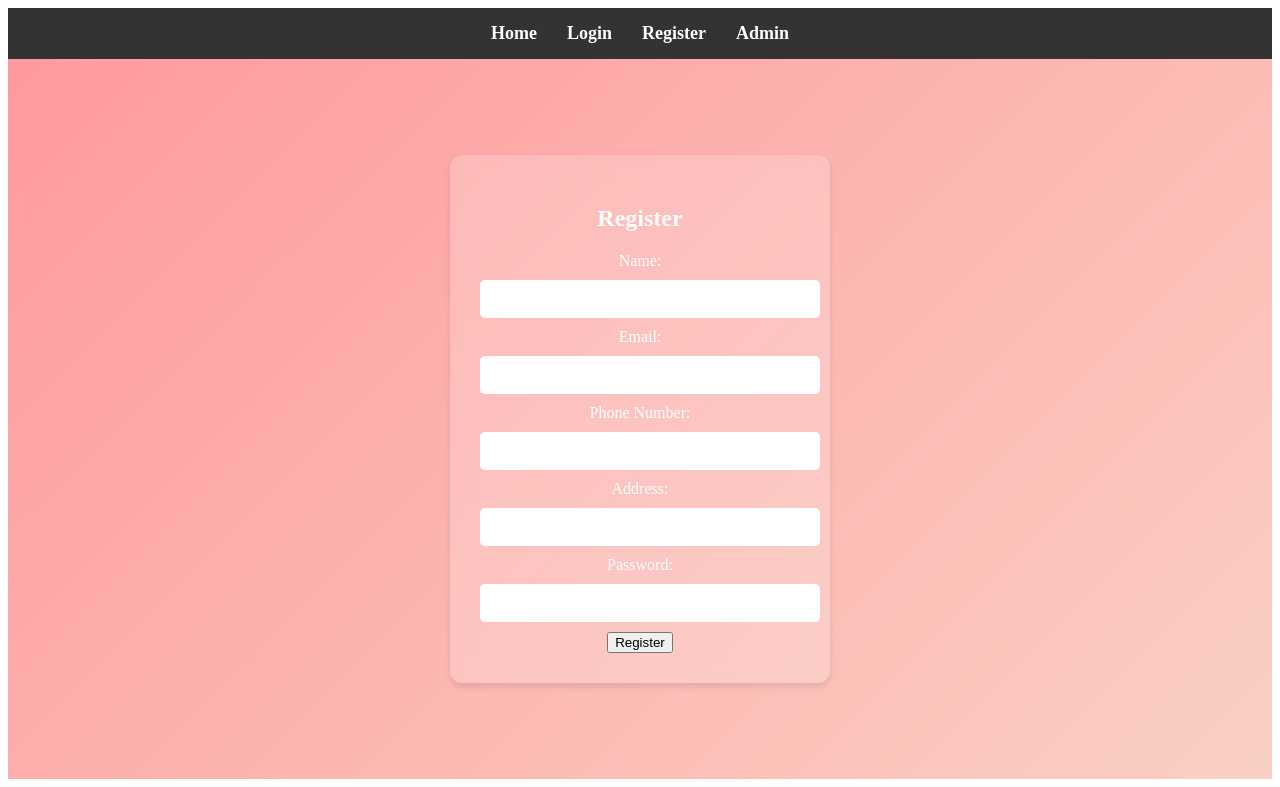
Repository: AhmedIbu/angular-login-app
Page: /register (app in angular-login-app/)
The author's editor kept a copy of each file at every save. The page is drawn from the files as they stood at one save, then again after a run of saves.
The browser window is 1280 px wide. The pictures show the whole page.
The project was rebuilt for these pictures with package versions that can differ from the ones it lists, and the page was loaded fresh each time. Also part of the build but not shown: angular-login-app/angular.json, angular-login-app/src/app/home/home.component.ts, angular-login-app/src/app/login/login.component.ts, angular-login-app/src/app/services/auth.service.ts, angular-login-app/src/app/admin-dashboard/admin-dashboard.component.ts, angular-login-app/src/app/admin-login/admin-login.component.ts, angular-login-app/src/app/user-dashboard/user-dashboard.component.ts.

Above is the page before, as saved 2025-02-21 11:17:06.

### angular-login-app/src/index.html
<!doctype html>
<html lang="en">
<head>
  <meta charset="utf-8">
  <title>AngularLoginApp</title>
  <base href="/">
  <meta name="viewport" content="width=device-width, initial-scale=1">
  <link rel="icon" type="image/x-icon" href="favicon.ico">
</head>
<body>
  <app-root></app-root>
</body>
</html>

### angular-login-app/src/styles.css
/*  app components css   */

/* Style the navigation bar */
.navbar {
  background: #333;
  padding: 15px;
  text-align: center;
}

/* Style the list */
.nav-list {
  list-style: none;
  padding: 0;
  margin: 0;
  display: flex;
  justify-content: center;
}

/* Style the navigation links */
.nav-list li {
  margin: 0 15px;
}

.nav-link {
  text-decoration: none;
  color: white;
  font-size: 18px;
  font-weight: bold;
  transition: color 0.3s ease-in-out;
}

/* Hover effect */
.nav-link:hover {
  color: #00c8ff;
}

/* Responsive design */
@media (max-width: 600px) {
  .nav-list {
    flex-direction: column;
  }

  .nav-list li {
    margin-bottom: 10px;
  }
}

### angular-login-app/src/main.ts
import { bootstrapApplication } from '@angular/platform-browser';
import { appConfig } from './app/app.config';
import { AppComponent } from './app/app.component';
import { provideHttpClient } from '@angular/common/http';

bootstrapApplication(AppComponent, {
  ...appConfig, // ✅ Spread existing config
  providers: [
    ...appConfig.providers, // ✅ Keep existing providers
    provideHttpClient() // ✅ Ensure HTTP client is provided
  ]
}).catch(err => console.error(err));

### angular-login-app/src/app/app.config.ts
import { ApplicationConfig } from '@angular/core';
import { provideRouter, Routes } from '@angular/router';
import { provideHttpClient } from '@angular/common/http';

// ✅ Import standalone components
import { HomeComponent } from './home/home.component';
import { LoginComponent } from './login/login.component';
import { RegisterComponent } from './register/register.component';
import { AdminDashboardComponent } from './admin-dashboard/admin-dashboard.component';
import { AdminLoginComponent } from './admin-login/admin-login.component';
import { UserDashboardComponent } from './user-dashboard/user-dashboard.component';

// ✅ Define routes
const routes: Routes = [
  { path: '', component: HomeComponent}, // Default route
  { path: 'login', component: LoginComponent },
  { path: 'register', component: RegisterComponent },
  { path: 'admin-login', component: AdminLoginComponent },
  { path: 'user-dashboard', component: UserDashboardComponent },
  { path: 'admin-dashboard', component: AdminDashboardComponent },
  { path: '**', redirectTo: 'user-dashboard' } // Catch-all for unknown routes
];

export const appConfig: ApplicationConfig = {
  providers: [
    provideRouter(routes),
    provideHttpClient()
  ]
};

### angular-login-app/src/app/app.component.ts
import { Component } from '@angular/core';
import { RouterModule } from '@angular/router';

@Component({
  selector: 'app-root',
  standalone: true,
  imports: [RouterModule],
  templateUrl: './app.component.html',
  styleUrls: ['./app.component.css','../styles.css']
})
export class AppComponent { }

### angular-login-app/src/app/register/register.component.ts
import { CommonModule } from '@angular/common';
import { Component } from '@angular/core';
import { FormsModule } from '@angular/forms';
import { UserService } from '../services/user.service';

@Component({
  selector: 'app-register',
  standalone: true,
  imports: [CommonModule, FormsModule],
  templateUrl: './register.component.html',
  styleUrls: ['./register.component.css']
})
export class RegisterComponent {
  user = { name: '', email: '', phone: '', address: '', password: '' };
  errorMessage = '';
  successMessage = '';
  loading = false; // ✅ Added loading state

  constructor(private userService: UserService) {}

  registerUser() {
    // ✅ Prevent duplicate submissions
    if (this.loading) return;

    // ✅ Validate form fields
    if (!this.validateForm()) {
      this.errorMessage = "All fields are required";
      return;
    }

    // ✅ Show loading state
    this.loading = true;
    this.errorMessage = '';
    this.successMessage = '';

    console.log('📤 Sending Data:', this.user); // Debugging

    this.userService.registerUser(this.user).subscribe({
      next: (response: any) => {
        console.log('✅ Registration successful:', response);
        this.successMessage = response.message || 'User Registered Successfully!';
        alert(this.successMessage);
        this.resetForm();
      },
      error: (error) => {
        console.error('❌ Registration failed:', error);
        this.errorMessage = error.error?.message || 'Registration failed. Try again.';
        alert(this.errorMessage);
      },
      complete: () => {
        this.loading = false; // ✅ Re-enable form after request completes
      }
    });
  }

  private validateForm(): boolean {
    return Object.values(this.user).every(value => value.trim() !== '');
  }

  private resetForm() {
    this.user = { name: '', email: '', phone: '', address: '', password: '' };
    this.errorMessage = '';
    this.successMessage = '';
  }
}

### angular-login-app/src/app/app.component.html
<nav class="navbar">
  <ul class="nav-list">
    <li><a routerLink="/" class="nav-link">Home</a></li>
    <li><a routerLink="/login" class="nav-link">Login</a></li>
    <li><a routerLink="/register" class="nav-link">Register</a></li>
    <li><a routerLink="/admin-login" class="nav-link">Admin</a></li>
  </ul>
</nav>

<router-outlet></router-outlet>

### angular-login-app/src/app/register/register.component.html
<div class="register-container">
  <div class="register-box">
<h2>Register</h2>
<form (ngSubmit)="registerUser()">
  <label>Name:</label>
  <input type="text" [(ngModel)]="user.name" name="name" required>

  <label>Email:</label>
  <input type="email" [(ngModel)]="user.email" name="email" required>

  <label>Phone Number:</label>
  <input type="text" id="phone" [(ngModel)]="user.phone" name="phone" required>

  <label for="address">Address:</label>
  <input type="text" id="address" [(ngModel)]="user.address" name="address" required>

  <label>Password:</label>
  <input type="password" [(ngModel)]="user.password" name="password" required>

  <button type="submit">Register</button>

  <p *ngIf="errorMessage" style="color: red;">{{ errorMessage }}</p>
</form>
</div>
</div>

### angular-login-app/src/app/register/register.component.css
/* Centering the register form */
.register-container {
    display: flex;
    justify-content: center;
    align-items: center;
    height: 100vh;
    background: linear-gradient(135deg, #ff9a9e, #fad0c4);
  }

  /* Glassmorphism effect for the form */
  .register-box {
    background: rgba(255, 255, 255, 0.2);
    backdrop-filter: blur(10px);
    border-radius: 12px;
    padding: 30px;
    box-shadow: 0 4px 6px rgba(0, 0, 0, 0.1);
    width: 320px;
    text-align: center;
    color: #fff;
  }

  /* Styling form elements */
  .register-box h2 {
    margin-bottom: 20px;
    font-size: 24px;
    font-weight: bold;
  }

  .register-box input {
    width: 100%;
    padding: 10px;
    margin: 10px 0;
    border: none;
    border-radius: 5px;
    font-size: 16px;
  }

  /* Register button styles */
  .register-btn {
    background: #ff758c;
    color: white;
    border: none;
    padding: 10px;
    font-size: 18px;
    width: 100%;
    border-radius: 5px;
    cursor: pointer;
    transition: 0.3s;
  }

  .register-btn:hover {
    background: #ff5277;
    transform: scale(1.05);
  }

  /* Style for the "Already have an account?" text */
  .register-box p {
    margin-top: 10px;
    font-size: 14px;
  }

  .register-box a {
    color: #fff;
    text-decoration: underline;
    transition: 0.3s;
  }

  .register-box a:hover {
    color: #ff5277;
  }

### angular-login-app/src/app/services/user.service.ts
import { Injectable } from '@angular/core';
import { HttpClient , HttpHeaders} from '@angular/common/http';
import { Observable } from 'rxjs';

@Injectable({
  providedIn: 'root'
})
export class UserService {
  private apiUrl = 'http://127.0.0.1:5000/get-users'; // Flask backend base URL

  constructor(private http: HttpClient) {}

  registerUser(userData: any) {
    return this.http.post('http://127.0.0.1:5000/register', userData, {
      headers: { 'Content-Type': 'application/json' }
    });
  }

  loginUser(credentials: any): Observable<any> {
    return this.http.post(`${this.apiUrl}/login`, credentials);
  }

  getUsers(): Observable<any> {
    const token = localStorage.getItem('token');
    const headers = new HttpHeaders({ 'Authorization': `Bearer ${token}` });

    return this.http.get<any>(this.apiUrl, { headers });
  }


  addUser(userData: any): Observable<any> {
    return this.http.post(`${this.apiUrl}/add-user`, userData);
  }
}

Loaded but not shown: angular-login-app/src/app/app.component.css (no stored copy; drawn as an empty file)

After the next 5 saves:
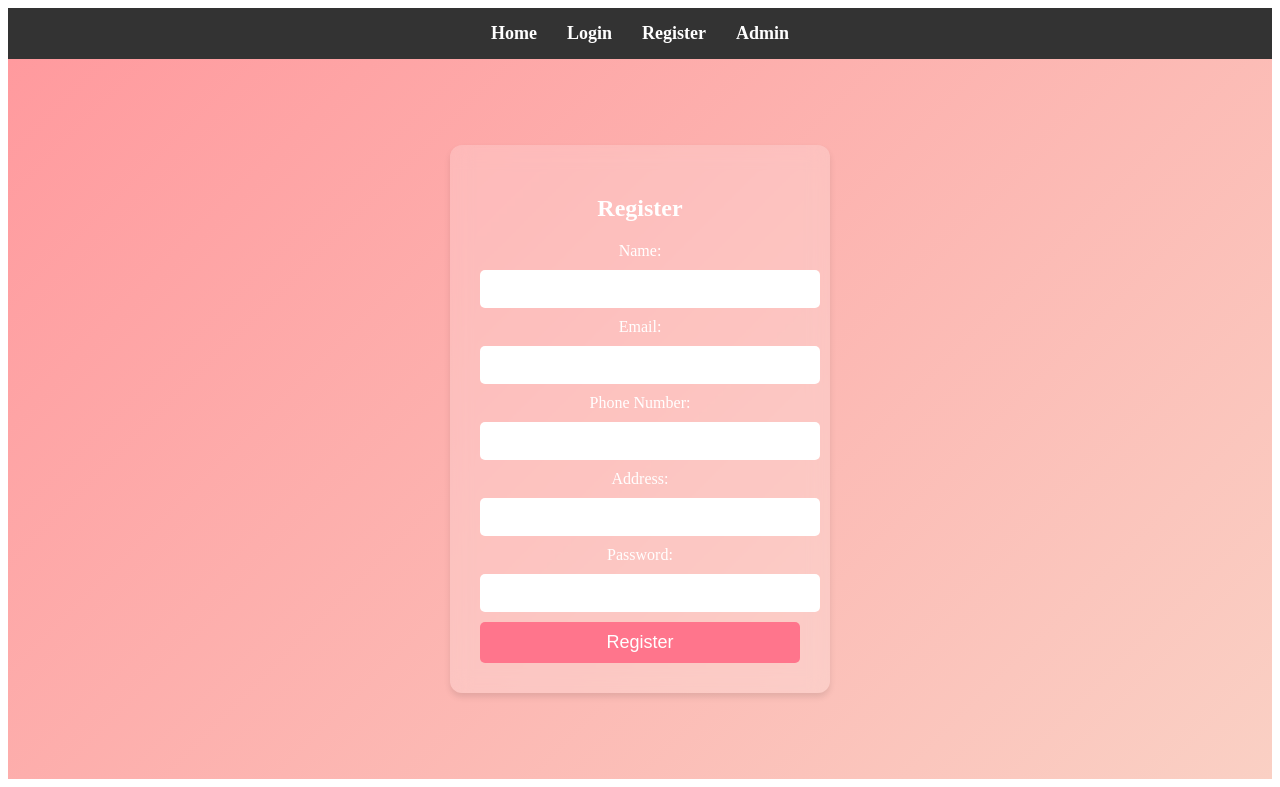
The 5 saves are shown as one change because they came seconds apart.
The last was saved 62 s later.
--- a/angular-login-app/src/app/register/register.component.html
+++ b/angular-login-app/src/app/register/register.component.html
@@ -17,7 +17,7 @@
   <label>Password:</label>
   <input type="password" [(ngModel)]="user.password" name="password" required>
 
-  <button type="submit">Register</button>
+  <button type="submit" class="register-btn">Register</button>
 
   <p *ngIf="errorMessage" style="color: red;">{{ errorMessage }}</p>
 </form>
